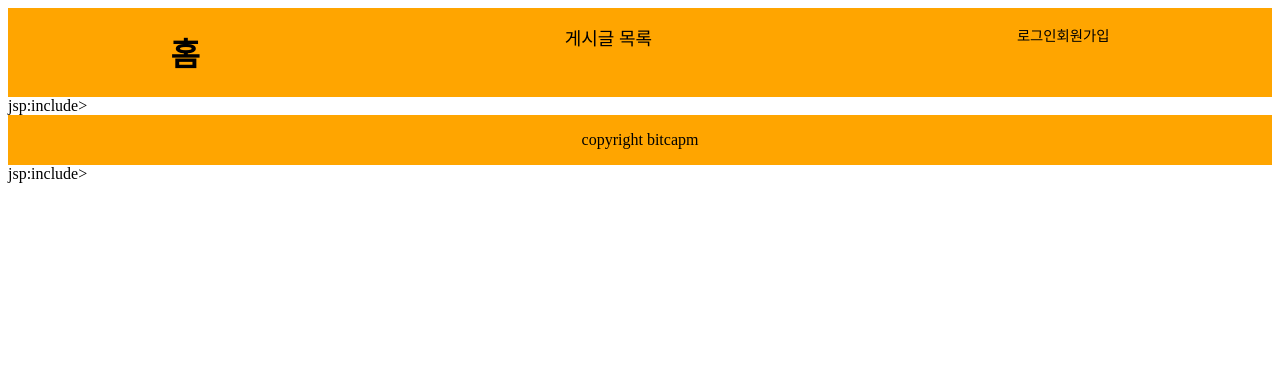
Repository: moonjaeh/springFramwork
Page: http://localhost/_02_BoardWeb_structure/
The author's editor kept a copy of each file at every save. The page is drawn from the files as they stood at one save, then again after the next save.
The browser window is 1280 px wide. The pictures show the whole page.
The page is served by Tomcat 9. Nobody is signed in. The application's start-up code is not run.

Above is the page before, as saved 2022-07-12 06:48:31.

After the next save:
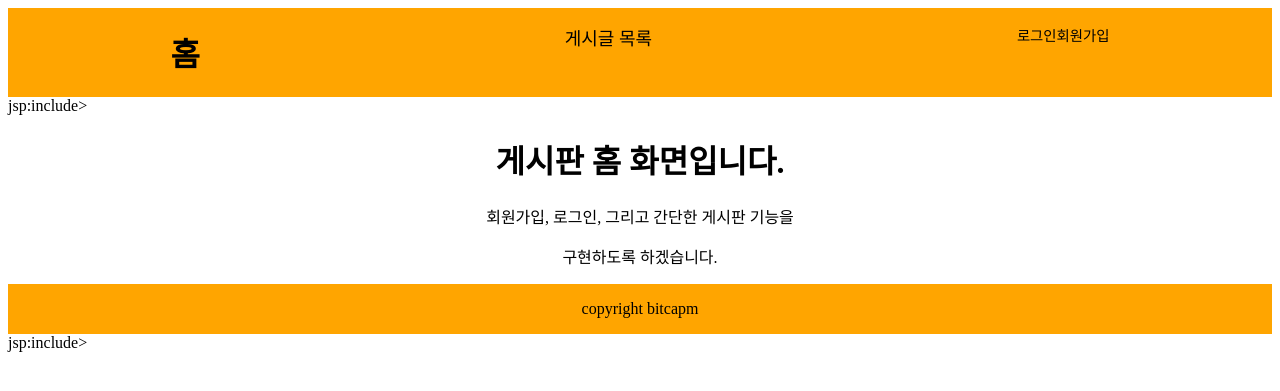
Saved 91 s later.
--- a/_02_BoardWeb_structure/src/main/webapp/index.jsp
+++ b/_02_BoardWeb_structure/src/main/webapp/index.jsp
@@ -8,7 +8,11 @@
 </head>
 <body>
 	<jsp:include page="./header.jsp"></jsp:include>jsp:include>
-
+	<div style="text-align: center;">
+		<h1>게시판 홈 화면입니다.</h1>
+		<p>회원가입, 로그인, 그리고 간단한 게시판 기능을</p>
+		<p>구현하도록 하겠습니다.</p>
+	</div>
 	<jsp:include page="./footer.jsp"></jsp:include>jsp:include>
 </body>
 </html>
